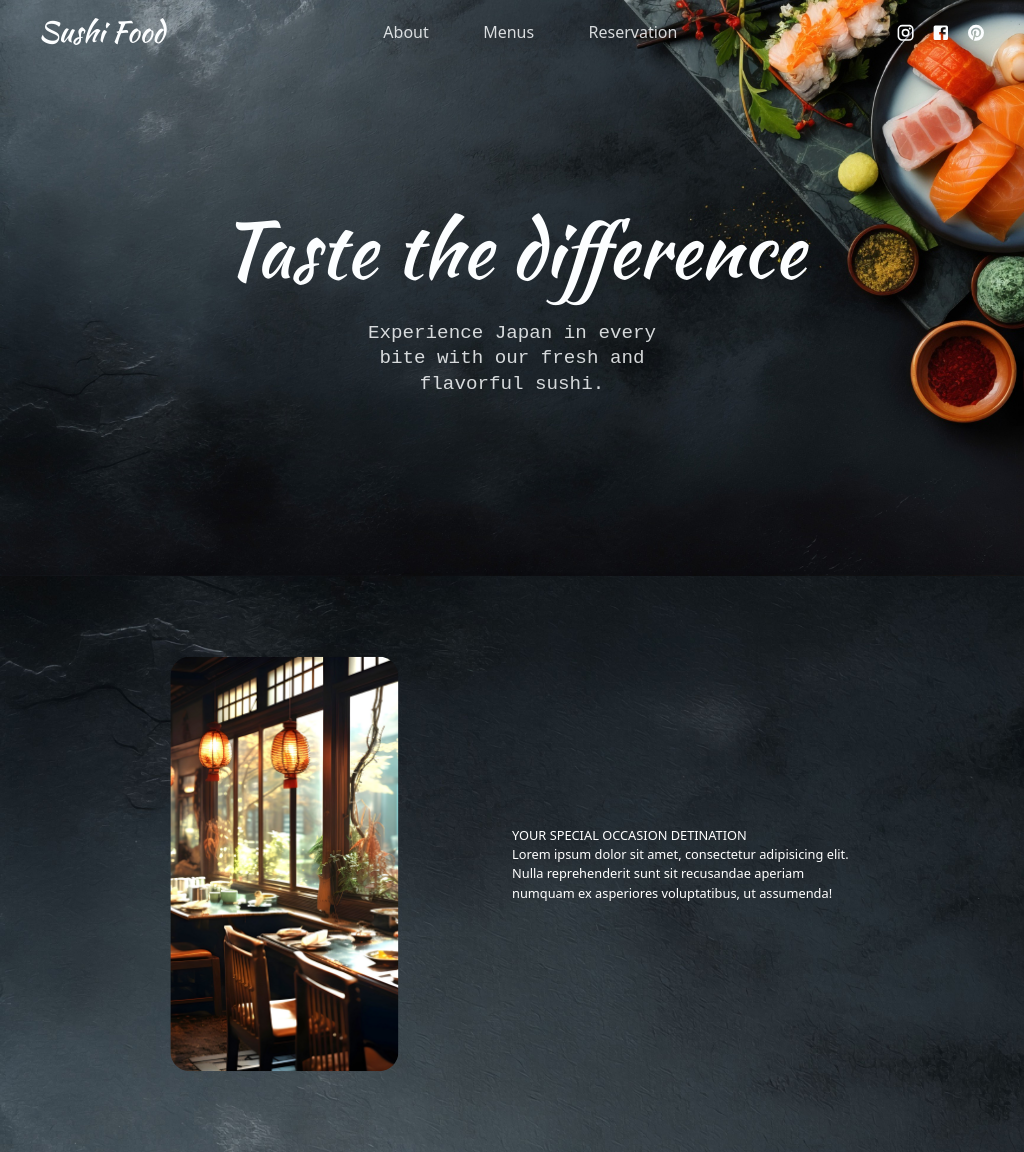
Repository: Adrien-legeleu/sushi-food
Page: /
An editor plug-in stored every save of this project. The page is shown before and after the next save, followed by the edit.
The browser window is 1280 px wide. The pictures show the whole page, at 80% of full size.
Some web fonts or font styles are not loaded; a fallback is used. The project was rebuilt for these pictures with package versions that can differ from the ones it lists, and the page was loaded fresh each time. Also part of the build but not shown: vite.config.ts.

Above is the page before, as saved 2024-04-29 19:44:26.

After the next save:
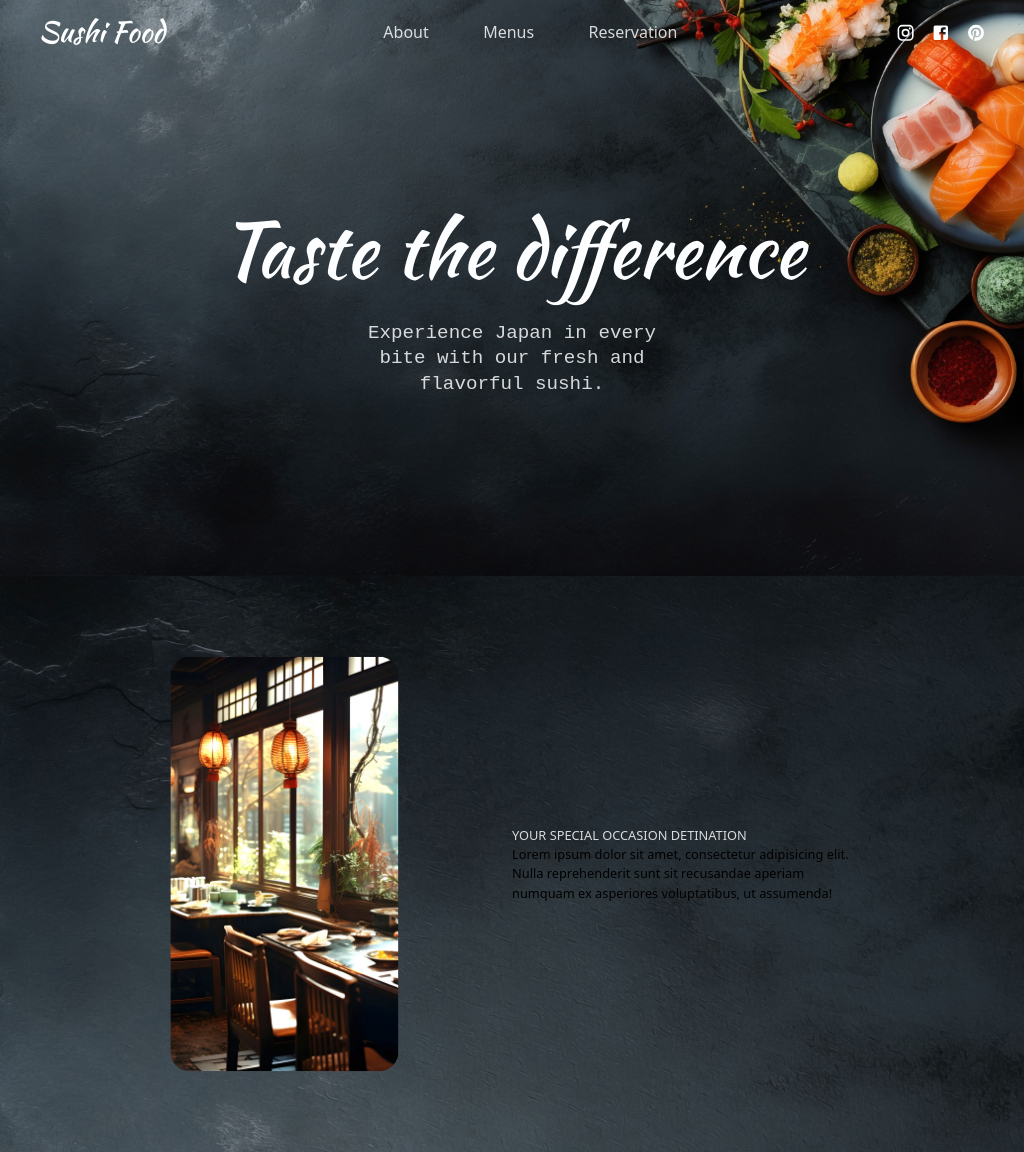
Saved 20 s later.
--- a/src/Components/About.tsx
+++ b/src/Components/About.tsx
@@ -8,8 +8,8 @@ export const About =()=>{
                 <div className="flex-1 h-[80%]">
                     <img className="w-2/3 h-full rounded-3xl object-cover" src="./picture.jpeg" alt="" />
                 </div>
-                <div className="flex-1 text-white">
-                    <h4>YOUR SPECIAL OCCASION DETINATION</h4>
+                <div className="flex-1">
+                    <h4 className="text-whiteText">YOUR SPECIAL OCCASION DETINATION</h4>
                     <p>Lorem ipsum dolor sit amet, consectetur adipisicing elit. Nulla reprehenderit sunt sit recusandae aperiam numquam ex asperiores voluptatibus, ut assumenda!</p>
                 </div>
             </div>
